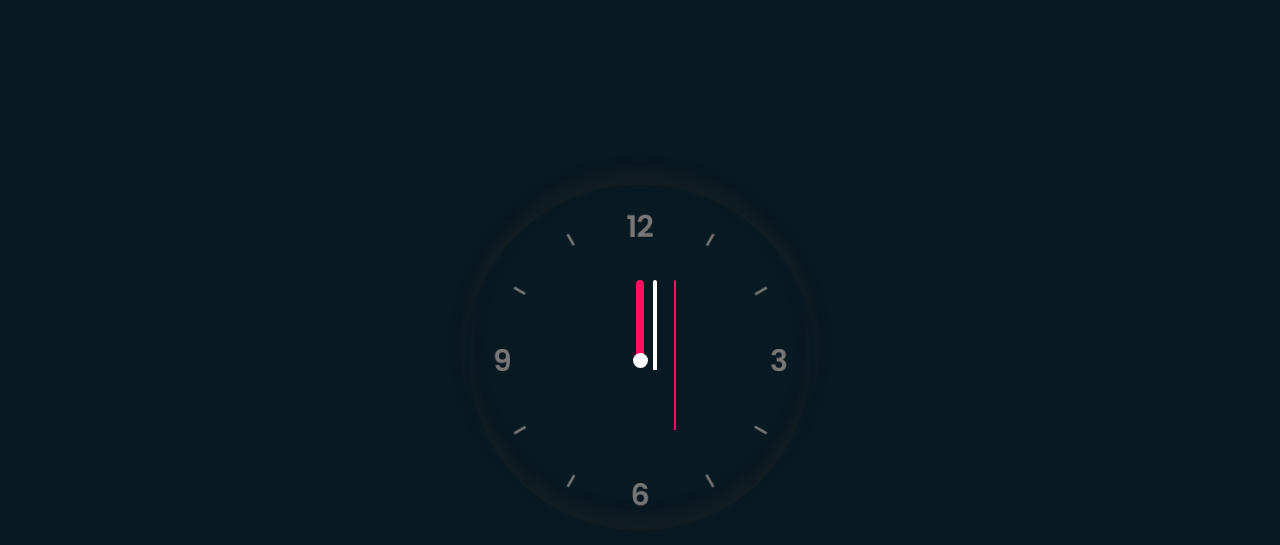
Repository: DaNiels89/analog-clock
Page: index.html
An editor plug-in stored every save of this project. The page is shown before and after the next save, followed by the edit.
The browser window is 1280 px wide. The pictures show the whole page.

Above is the page before, as saved 2020-06-20 11:00:53.

After the next save:
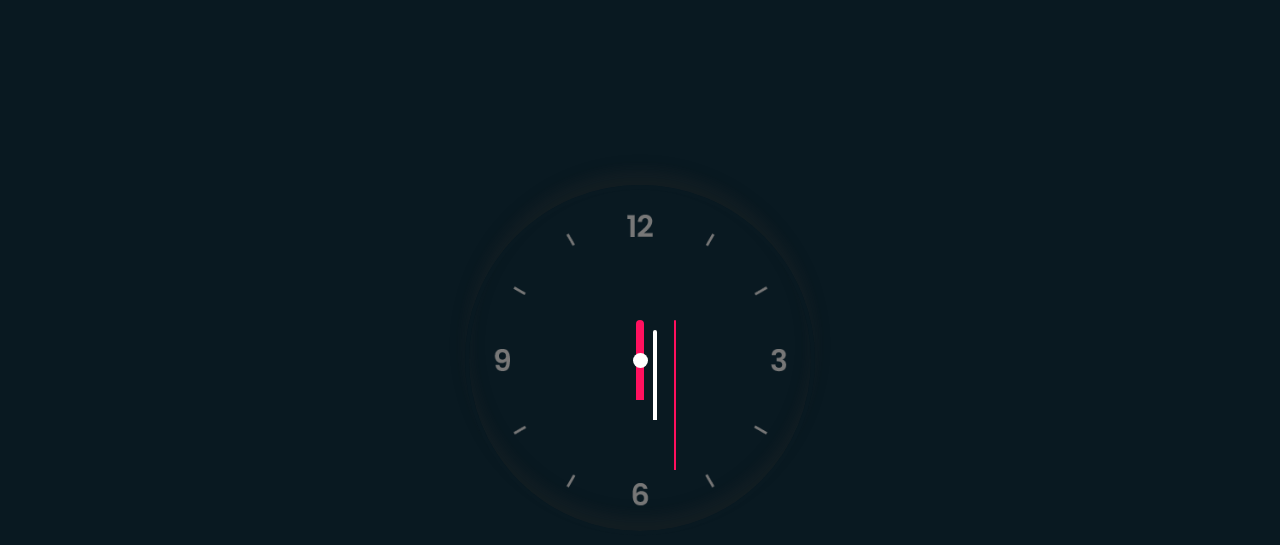
Saved 9 s later.
--- a/css/styles.css
+++ b/css/styles.css
@@ -64,7 +64,7 @@
 .hr, .mn, .sc {
   display: flex;
   justify-content: center;
-  /* align-items: center; */
+  align-items: center;
   position: absolute;
   border-radius: 50%;;
 }

After the save that followed:
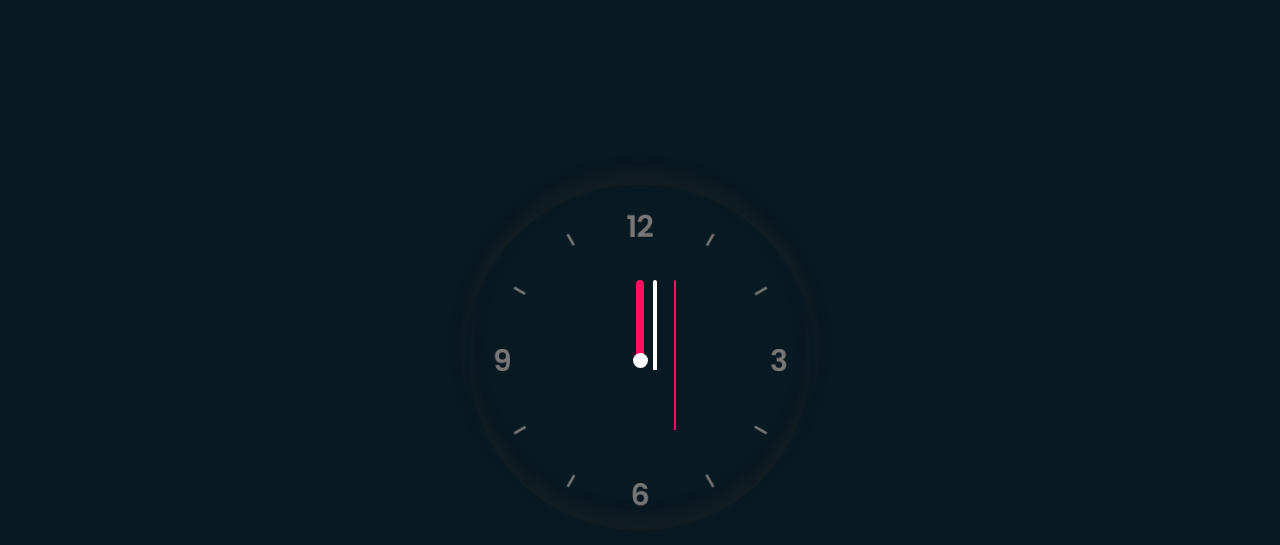
Saved 6 s later.
--- a/css/styles.css
+++ b/css/styles.css
@@ -64,7 +64,6 @@
 .hr, .mn, .sc {
   display: flex;
   justify-content: center;
-  align-items: center;
   position: absolute;
   border-radius: 50%;;
 }
